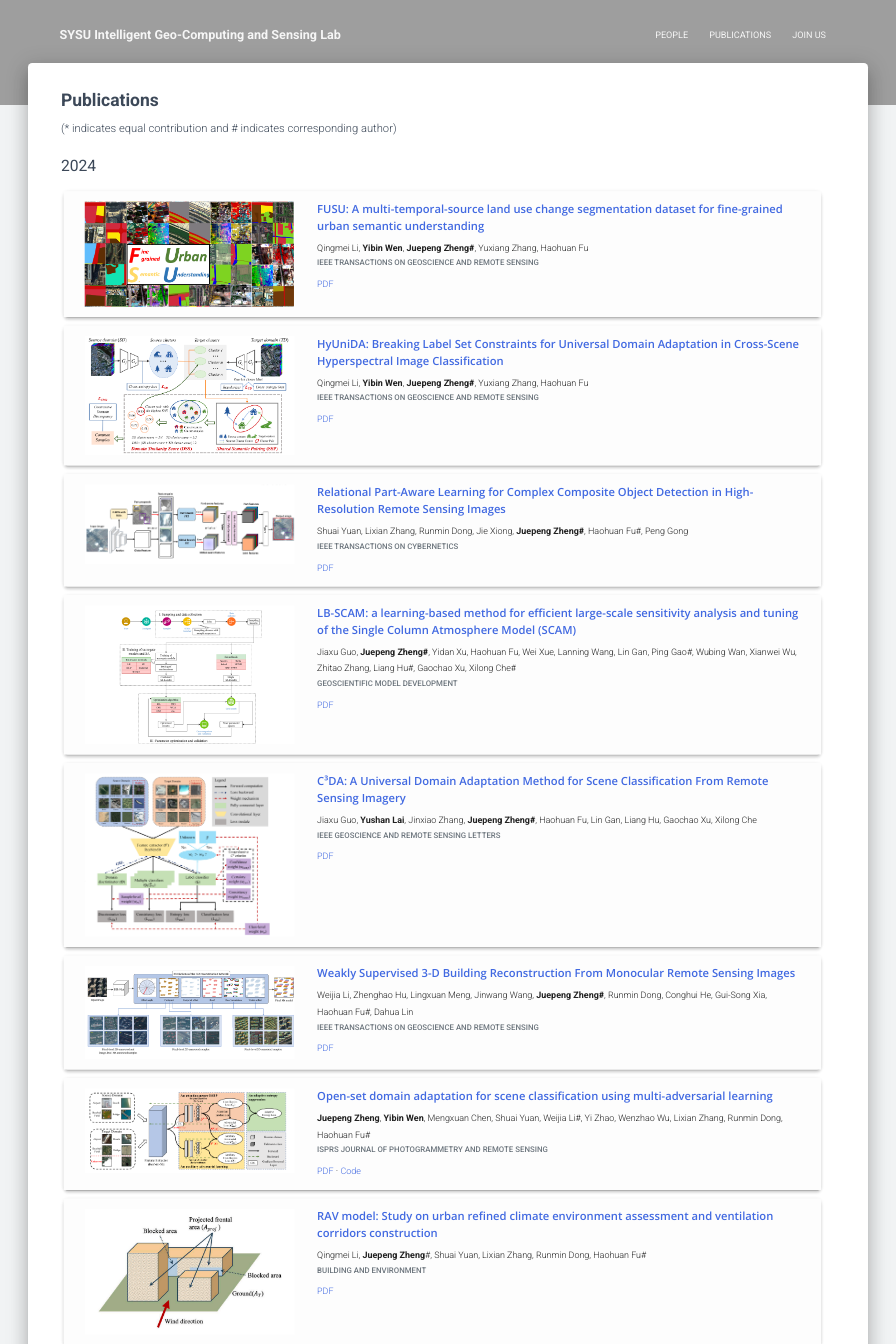
Repository: rssysu/rssysu.github.io
Page: pub.html
These files come from the project's save history. The page is drawn as it stood at one moment and after the next save; the edit follows.
The browser window is 1280 px wide. The pictures show the part of the page from y = 0 to 1920 px (the page is 3886 px tall before and 3890 px after), at 70% of full size.
Pictures or frames that could not be fetched are drawn as grey boxes. Some web libraries are served in a nearby version.

Above is the page before, as saved 2025-03-18 21:11:56.

### pub.html
<!DOCTYPE html>
<html lang="en">

<head>
    <meta charset="utf-8">
    <meta content="width=device-width, initial-scale=1.0, maximum-scale=1.0, user-scalable=0" name="viewport" />
    <meta http-equiv="X-UA-Compatible" content="IE=edge,chrome=1" />
    <!-- Favicons -->
    <!-- <link rel="apple-touch-icon" href="./assets/img/kit/free/apple-icon.png"> -->
    <link rel="icon" href="./assets/img/kit/free/sysu.ico">
    <title>
      SYSU IGCS Lab
    </title>
    <!--     Fonts and icons     -->
    <link rel="stylesheet" type="text/css" target="_blank" href="https://fonts.googleapis.com/css?family=Open+Sans:+400,500,600,700|Roboto:300,400,500,700|Roboto+Slab:400,700|Material+Icons" />
    <link rel="stylesheet" href="https://maxcdn.bootstrapcdn.com/font-awesome/latest/css/font-awesome.min.css" />
    <link rel="stylesheet" href="assets/css/material-kit.css?v=2.0.2">
    <!-- Documentation extras -->
    <!-- CSS Just for demo purpose, don't include it in your project -->
    <!-- <link href="./assets/assets-for-demo/demo.css" rel="stylesheet" /> -->
    <!-- iframe removal -->
</head>

<body class="index-page">
    <nav class="navbar navbar-color-on-scroll navbar-transparent navbar-light fixed-top navbar-expand-lg " color-on-scroll="0" id="sectionsNav">
        <div w3-include-html="header.html" class="container"></div>
    </nav>

    <div class="page-header2 header-filter clear-filter" data-parallax="true" style="background-image: url('assets/img/sysu1.jpg'); background-position-y: -170px; background-position: top;">
        <div class="container">
            <div class="row">
                <div class="col-md-8 ml-auto mr-auto">
                    <div class="brand">
                    </div>
                </div>
            </div>
        </div>
    </div>


    <div class="main main-raised">
        <div class="container">
            <div class="title" style="margin-bottom: -1em;">
                <h3><b>Publications</b></h3>
                <h4>(* indicates equal contribution and # indicates corresponding author)</h4>
            </div>

<!--
            <div class="year-pub">
              Preprints
            </div>
 -->

        <div class="year-pub">
          2024
        </div>

<!--         <div class="row-pub all">
          <div class="card" style="width: 97%;">
            <div class="card-body" style="background-color: hsl(0, 0%, 99%);">
              <img class="card-pic-left" src="assets/paper_img/iccv2023-capeam.jpg" width=300px>
              <h4 class="card-title" style="margin-top: -0.1em;">Context-Aware Planning and Environment-Aware Memory for Instruction Following Embodied Agents</h4>
              <p class="card-text">Byeonghwi Kim, Jinyeon Kim, Yuyeong Kim, Cheolhong Min, Jonghyun Choi</p>
              <h6 class="card-subtitle mb-2 text-muted">ICCV 2023<br>(CVPR 2023 Embodied AI Workshop - 1st Place Winner)</h6>

              <a href="https://openaccess.thecvf.com/content/ICCV2023/papers/Kim_Context-Aware_Planning_and_Environment-Aware_Memory_for_Instruction_Following_Embodied_Agents_ICCV_2023_paper.pdf" target="_blank">PDF </a> &middot;
              <a href="https://openaccess.thecvf.com/content/ICCV2023/supplemental/Kim_Context-Aware_Planning_and_ICCV_2023_supplemental.zip" target="_blank">Supp </a> &middot;
              <a href="https://bhkim94.github.io/projects/CAPEAM/" target="_new">Project Page </a> &middot;
              <a href="https://askforalfred.com/EAI23/" class="card-link" target="_new">CVPR 2023 Workshop Challenge Page </a>
            </div>
          </div>
        </div> -->

        <div class="row-pub all">
          <div class="card" style="width: 97%;">
            <div class="card-body" style="background-color: rgb(253, 253, 253);">
              <img class="card-pic-left" src="assets/paper/fusu.png" width=300px>
              <h4 class="card-title" style="margin-top: -0.1em;"><a href="https://ieeexplore.ieee.org/document/10530296">FUSU: A multi-temporal-source land use change segmentation dataset for fine-grained urban semantic understanding</a>  </h4>
              <p class="card-text">Qingmei Li, <b>Yibin Wen</b>, <b>Juepeng Zheng#</b>, Yuxiang Zhang, Haohuan Fu</p>
              <h6 class="card-subtitle mb-2 text-muted">IEEE Transactions on Geoscience and Remote Sensing</h6>

              <a href="assets/paper/fusu.pdf" target="_blank">PDF </a>
            </div>
          </div>
        </div>

        <div class="row-pub all">
          <div class="card" style="width: 97%;">
            <div class="card-body" style="background-color: rgb(253, 253, 253);">
              <img class="card-pic-left" src="assets/paper/hy.png" width=300px>
              <h4 class="card-title" style="margin-top: -0.1em;"><a href="https://ieeexplore.ieee.org/document/10530296">HyUniDA: Breaking Label Set Constraints for Universal Domain Adaptation in Cross-Scene Hyperspectral Image Classification</a>  </h4>
              <p class="card-text">Qingmei Li, <b>Yibin Wen</b>, <b>Juepeng Zheng#</b>, Yuxiang Zhang, Haohuan Fu</p>
              <h6 class="card-subtitle mb-2 text-muted">IEEE Transactions on Geoscience and Remote Sensing</h6>

              <a href="assets/paper/hy.pdf" target="_blank">PDF </a>
            </div>
          </div>
        </div>

        <div class="row-pub all">
          <div class="card" style="width: 97%;">
            <div class="card-body" style="background-color: rgb(253, 253, 253);">
              <img class="card-pic-left" src="assets/paper/rp.png" width=300px>
              <h4 class="card-title" style="margin-top: -0.1em;"><a href="https://ieeexplore.ieee.org/document/10534872"> Relational Part-Aware Learning for Complex Composite Object Detection in High-Resolution Remote Sensing Images </a>  </h4>
              <p class="card-text">Shuai Yuan, Lixian Zhang, Runmin Dong, Jie Xiong, <b>Juepeng Zheng#</b>, Haohuan Fu#, Peng Gong</p>
              <h6 class="card-subtitle mb-2 text-muted">IEEE Transactions on Cybernetics</h6>

              <a href="assets/paper/rp.pdf" target="_blank">PDF </a>
            </div>
          </div>
        </div>

        <div class="row-pub all">
          <div class="card" style="width: 97%;">
            <div class="card-body" style="background-color: rgb(253, 253, 253);">
              <img class="card-pic-left" src="assets/paper/lb.png" width=300px>
              <h4 class="card-title" style="margin-top: -0.1em;"><a href="https://gmd.copernicus.org/articles/17/3975/2024/"> LB-SCAM: a learning-based method for efficient large-scale sensitivity analysis and tuning of the Single Column Atmosphere Model (SCAM) </a>  </h4>
              <p class="card-text">Jiaxu Guo, <b>Juepeng Zheng#</b>, Yidan Xu, Haohuan Fu, Wei Xue, Lanning Wang, Lin Gan, Ping Gao#, Wubing Wan, Xianwei Wu, Zhitao Zhang, Liang Hu#, Gaochao Xu, Xilong Che#</p>
              <h6 class="card-subtitle mb-2 text-muted">Geoscientific Model Development</h6>

              <a href="assets/paper/lb.pdf" target="_blank">PDF </a>
            </div>
          </div>
        </div>

        <div class="row-pub all">
          <div class="card" style="width: 97%;">
            <div class="card-body" style="background-color: rgb(253, 253, 253);">
              <img class="card-pic-left" src="assets/paper/c3.png" width=300px>
              <h4 class="card-title" style="margin-top: -0.1em;"><a href="https://ieeexplore.ieee.org/abstract/document/10485440"> C³DA: A Universal Domain Adaptation Method for Scene Classification From Remote Sensing Imagery </a>  </h4>
              <p class="card-text">Jiaxu Guo, <b>Yushan Lai</b>, Jinxiao Zhang, <b>Juepeng Zheng#</b>, Haohuan Fu, Lin Gan, Liang Hu, Gaochao Xu, Xilong Che</p>
              <h6 class="card-subtitle mb-2 text-muted">IEEE Geoscience and Remote Sensing Letters</h6>

              <a href="assets/paper/c3.pdf" target="_blank">PDF </a>
            </div>
          </div>
        </div>

        <div class="row-pub all">
          <div class="card" style="width: 97%;">
            <div class="card-body" style="background-color: rgb(253, 253, 253);">
              <img class="card-pic-left" src="assets/paper/ws.png" width=300px>
              <h4 class="card-title" style="margin-top: -0.1em;"><a href="https://ieeexplore.ieee.org/document/10473130"> Weakly Supervised 3-D Building Reconstruction From Monocular Remote Sensing Images </a>  </h4>
              <p class="card-text">Weijia Li, Zhenghao Hu, Lingxuan Meng, Jinwang Wang, <b>Juepeng Zheng#</b>, Runmin Dong, Conghui He, Gui-Song Xia, Haohuan Fu#, Dahua Lin</p>
              <h6 class="card-subtitle mb-2 text-muted">IEEE Transactions on Geoscience and Remote Sensing</h6>

              <a href="assets/paper/ws.pdf" target="_blank">PDF </a>
            </div>
          </div>
        </div>

        <div class="row-pub all">
          <div class="card" style="width: 97%;">
            <div class="card-body" style="background-color: rgb(253, 253, 253);">
              <img class="card-pic-left" src="assets/paper/os.png" width=300px>
              <h4 class="card-title" style="margin-top: -0.1em;"><a href="https://www.sciencedirect.com/science/article/pii/S0924271624000248"> Open-set domain adaptation for scene classification using multi-adversarial learning </a>  </h4>
              <p class="card-text"><b>Juepeng Zheng</b>, <b>Yibin Wen</b>, Mengxuan Chen, Shuai Yuan, Weijia Li#, Yi Zhao, Wenzhao Wu, Lixian Zhang, Runmin Dong, Haohuan Fu#</p>
              <h6 class="card-subtitle mb-2 text-muted">ISPRS Journal of Photogrammetry and Remote Sensing</h6>

              <a href="assets/paper/os.pdf" target="_blank">PDF </a> &middot;
              <a href="https://github.com/rs-dl/MAOSDAN" target="_blank">Code </a>
            </div>
          </div>
        </div>

        <div class="row-pub all">
          <div class="card" style="width: 97%;">
            <div class="card-body" style="background-color: rgb(253, 253, 253);">
              <img class="card-pic-left" src="assets/paper/rav.png" width=300px>
              <h4 class="card-title" style="margin-top: -0.1em;"><a href="https://www.sciencedirect.com/science/article/pii/S0360132323011071">RAV model: Study on urban refined climate environment assessment and ventilation corridors construction </a>  </h4>
              <p class="card-text"> Qingmei Li, <b>Juepeng Zheng</b>#, Shuai Yuan, Lixian Zhang, Runmin Dong, Haohuan Fu#</p>
              <h6 class="card-subtitle mb-2 text-muted">Building and Environment</h6>

              <a href="assets/paper/rav.pdf" target="_blank">PDF </a>
            </div>
          </div>
        </div>


        <div class="year-pub">
          2023
        </div>



        <div class="row-pub all">
          <div class="card" style="width: 97%;">
            <div class="card-body" style="background-color: rgb(253, 253, 253);">
              <img class="card-pic-left" src="assets/paper/js.png" width=300px height=150px>
              <h4 class="card-title" style="margin-top: -0.1em;"><a href="https://www.sciencedirect.com/science/article/pii/S0924271623001272">Joint semantic-geometric learning for polygonal building segmentation from high-resolution remote sensing images</a></h4>
              <p class="card-text"> Weijia Li, Wenqian Zhao, Jinhua Yu, <b>Juepeng Zheng</b>#, Conghui He, Haohuan Fu#, Dahua Lin</p>
              <h6 class="card-subtitle mb-2 text-muted">ISPRS Journal of Photogrammetry and Remote Sensing</h6>

              <a href="assets/paper/js.pdf" target="_blank">PDF </a>

            </div>
          </div>
        </div>


        <div class="row-pub all">
          <div class="card" style="width: 97%;">
            <div class="card-body" style="background-color: rgb(253, 253, 253);">
              <img class="card-pic-left" src="assets/paper/sc.png" width=300px height=150px>
              <h4 class="card-title" style="margin-top: -0.1em;"><a href="https://www.sciencedirect.com/science/article/pii/S0034425723000366">Surveying coconut trees using high-resolution satellite imagery in remote atolls of the Pacific Ocean</a></h4>
              <p class="card-text"> <b>Juepeng Zheng</b>, Shuai Yuan, Wenzhao Wu, Weijia Li, Le Yu#, Haohuan Fu#, David Coomes</p>
              <h6 class="card-subtitle mb-2 text-muted">Remote Sensing of Environment</h6>

              <a href="assets/paper/sc.pdf" target="_blank">PDF </a> &middot;
              <a href="https://github.com/rs-dl/coconut_in_Acteon_Group" target="_blank">Code </a>
            </div>
          </div>
        </div>

        <div class="row-pub all">
          <div class="card" style="width: 97%;">
            <div class="card-body" style="background-color: rgb(253, 253, 253);">
              <img class="card-pic-left" src="assets/paper/pd.png" width=300px height=150px>
              <h4 class="card-title" style="margin-top: -0.1em;"><a href="https://ieeexplore.ieee.org/abstract/document/9984694/">Partial domain adaptation for scene classification from remote sensing imagery</a></h4>
              <p class="card-text"><b>Juepeng Zheng</b>, Yi Zhao, Wenzhao Wu, Mengxuan Chen, Weijia Li#, Haohuan Fu#</p>
              <h6 class="card-subtitle mb-2 text-muted">IEEE Transactions on Geoscience and Remote Sensing</h6>

              <a href="assets/paper/pd.pdf" target="_blank">PDF </a>

            </div>
          </div>
        </div>

        <div class="year-pub">
          2022
        </div>

        <div class="row-pub all">
          <div class="card" style="width: 97%;">
            <div class="card-body" style="background-color: rgb(253, 253, 253);">
              <img class="card-pic-left" src="assets/paper/md.png" width=300px>
              <h4 class="card-title" style="margin-top: -0.1em;"><a href="https://ieeexplore.ieee.org/abstract/document/9373992/">Multisource-domain generalization-based oil palm tree detection using very-high-resolution (vhr) satellite images</a></h4>
              <p class="card-text"><b>Juepeng Zheng*</b>, Wenzhao Wu*, Shuai Yuan, Haohuan Fu#, Weijia Li, Le Yu</p>
              <h6 class="card-subtitle mb-2 text-muted">IEEE Geoscience and Remote Sensing Letters</h6>

              <a href="assets/paper/md.pdf" target="_blank">PDF </a> &middot;
              <a href="https://github.com/rs-dl/MMD-DRCN" target="_blank">Code </a>
            </div>
          </div>
        </div>

        <div class="row-pub all">
          <div class="card" style="width: 97%;">
            <div class="card-body" style="background-color: rgb(253, 253, 253);">
              <img class="card-pic-left" src="assets/paper/at.png" width=300px>
              <h4 class="card-title" style="margin-top: -0.1em;"><a href="https://ieeexplore.ieee.org/abstract/document/9521685/">A Two-Stage Adaptation Network (TSAN) for Remote Sensing Scene Classification in Single-Source-Mixed-Multiple-Target Domain Adaptation (S²M²T DA) Scenarios</a></h4>
              <p class="card-text"><b>Juepeng Zheng</b>, Wenzhao Wu, Shuai Yuan, Yi Zhao, Weijia Li, Lixian Zhang, Runmin Dong, Haohuan Fu#</p>
              <h6 class="card-subtitle mb-2 text-muted">IEEE Transactions on Geoscience and Remote Sensing</h6>

              <a href="assets/paper/at.pdf" target="_blank">PDF </a> &middot;
              <a href="https://github.com/rs-dl/TSAN" target="_blank">Code </a>
            </div>
          </div>
        </div>


        <div class="year-pub">
          2021
        </div>

        <div class="row-pub all">
          <div class="card" style="width: 97%;">
            <div class="card-body" style="background-color: rgb(253, 253, 253);">
              <img class="card-pic-left" src="assets/paper/gs.png" width=300px>
              <h4 class="card-title" style="margin-top: -0.1em;"><a href="https://www.sciencedirect.com/science/article/pii/S0924271621000083">Growing status observation for oil palm trees using Unmanned Aerial Vehicle (UAV) images</a></h4>
              <p class="card-text"><b>Juepeng Zheng</b>, Haohuan Fu, Weijia Li#, Wenzhao Wu, Le Yu, Shuai Yuan, Wai Yuk William Tao, Tan Kian Pang, Kasturi Devi Kanniah</p>
              <h6 class="card-subtitle mb-2 text-muted">ISPRS Journal of Photogrammetry and Remote Sensing <b>(ESI Highly Cited Paper)</b> </h6>

              <a href="assets/paper/gs.pdf" target="_blank">PDF </a> &middot;
              <a href="https://github.com/rs-dl/MOPAD" target="_blank">Code </a>
            </div>
          </div>
        </div>



        <div class="year-pub">
          2020
        </div>

        <div class="row-pub all">
          <div class="card" style="width: 97%;">
            <div class="card-body" style="background-color: rgb(253, 253, 253);">
              <img class="card-pic-left" src="assets/paper/cr.png" width=300px>
              <h4 class="card-title" style="margin-top: -0.1em;"><a href="https://www.sciencedirect.com/science/article/pii/S0924271620301830">Cross-regional oil palm tree counting and detection via a multi-level attention domain adaptation network</a></h4>
              <p class="card-text"><b>Juepeng Zheng</b>, Haohuan Fu, Weijia Li#, Wenzhao Wu, Yi Zhao, Runmin Dong, Le Yu</p>
              <h6 class="card-subtitle mb-2 text-muted">ISPRS Journal of Photogrammetry and Remote Sensing</h6>

              <a href="assets/paper/cr.pdf" target="_blank">PDF </a> &middot;
              <a href="https://github.com/rs-dl/MADAN" target="_blank">Code </a>
            </div>
          </div>
        </div>


        </div>
    </div>
    <!--  End Modal -->
    <div w3-include-html="footer.html"></div>

    <!--   Core JS Files   -->
    <script src="./assets/js/core/jquery.min.js"></script>
    <script src="./assets/js/core/popper.min.js"></script>
    <script src="./assets/js/bootstrap-material-design.js"></script>
    <!--  Plugin for Date Time Picker and Full Calendar Plugin  -->
    <script src="./assets/js/plugins/moment.min.js"></script>
    <!--	Plugin for the Datepicker, full documentation here: https://github.com/Eonasdan/bootstrap-datetimepicker -->
    <script src="./assets/js/plugins/bootstrap-datetimepicker.min.js"></script>
    <!--	Plugin for the Sliders, full documentation here: http://refreshless.com/nouislider/ -->
    <script src="./assets/js/plugins/nouislider.min.js"></script>
    <!-- Material Kit Core initialisations of plugins and Bootstrap Material Design Library -->
    <script src="./assets/js/material-kit.js?v=2.0.2"></script>
    <!-- Fixed Sidebar Nav - js With initialisations For Demo Purpose, Don't Include it in your project -->
    <script src="./assets/assets-for-demo/js/material-kit-demo.js"></script>
    <!-- including html -->
    <script src="./assets/js/include-html.js"></script>
    <script>
      $(document).ready(function() {

          //init DateTimePickers
          materialKit.initFormExtendedDatetimepickers();

          // // Sliders Init
          // materialKit.initSliders();

          includeHTML();
      });
  </script>
</body>

</html>

### footer.html
    <script src="./assets/js/core/jquery.min.js"></script>

    <footer class="footer ">
        <div class="container">
            <nav class="pull-left">
                <ul>
                    <li class="text-left">
                        <div class="special" style="font-size: 11pt; color: #444444; margin-top: 0em;">
                            <b>SYSU Intelligent Geo-Computing and Sensing Lab</b>
                        </div>
                        <div class="special-light" style="font-size: 11pt; color: #444444;">
                           4th Floor, Artificial Intelligence Research Institute Building, Sun Yat-sen University (Zhuhai Campus),<br/>
                        </div>
                        <div class="special-light" style="font-size: 11pt; color: #444444; margin-top: -0.2em;">
                            Zhuhai City, Guangdong Province, China
                        </div>
                    </li>
                </ul>
            </nav>
<!--             <div class="copyright pull-right special" style="margin-top: -3em;">
                Original Template from &copy;
                <script>
                    document.write(new Date().getFullYear())
                </script>
            </div>
 -->
<!--                 <div class="copyright pull-right special" style="margin-top: -2em;">
                    <img src="../../assets/img/kit/gist.png">
                </div> -->
                <div class="copyright pull-right special" style="margin-top: 0em;">
                <!-- <img src="./assets/img/kit/gist_logo.jpg"><br/> -->
                Original Template Made <!-- with <i class="material-icons">favorite</i> --> by
                <a href="https://www.creative-tim.com" target="_blank">Creative Tim</a>. <!-- for a better web. --> Modified by Shilei Cao
            </div>
        </div>
    </footer>

Loaded but not shown: assets/css/material-kit.css (library); assets/js/core/jquery.min.js (library); assets/js/core/popper.min.js (library); assets/js/bootstrap-material-design.js (library); assets/js/plugins/moment.min.js (library); assets/js/plugins/bootstrap-datetimepicker.min.js (library); assets/js/plugins/nouislider.min.js (library); assets/js/material-kit.js (446 lines, source omitted); assets/assets-for-demo/js/material-kit-demo.js (98 lines, source omitted); assets/js/include-html.js (27 lines, source omitted); header.html (59 lines, source omitted)

After the next save:
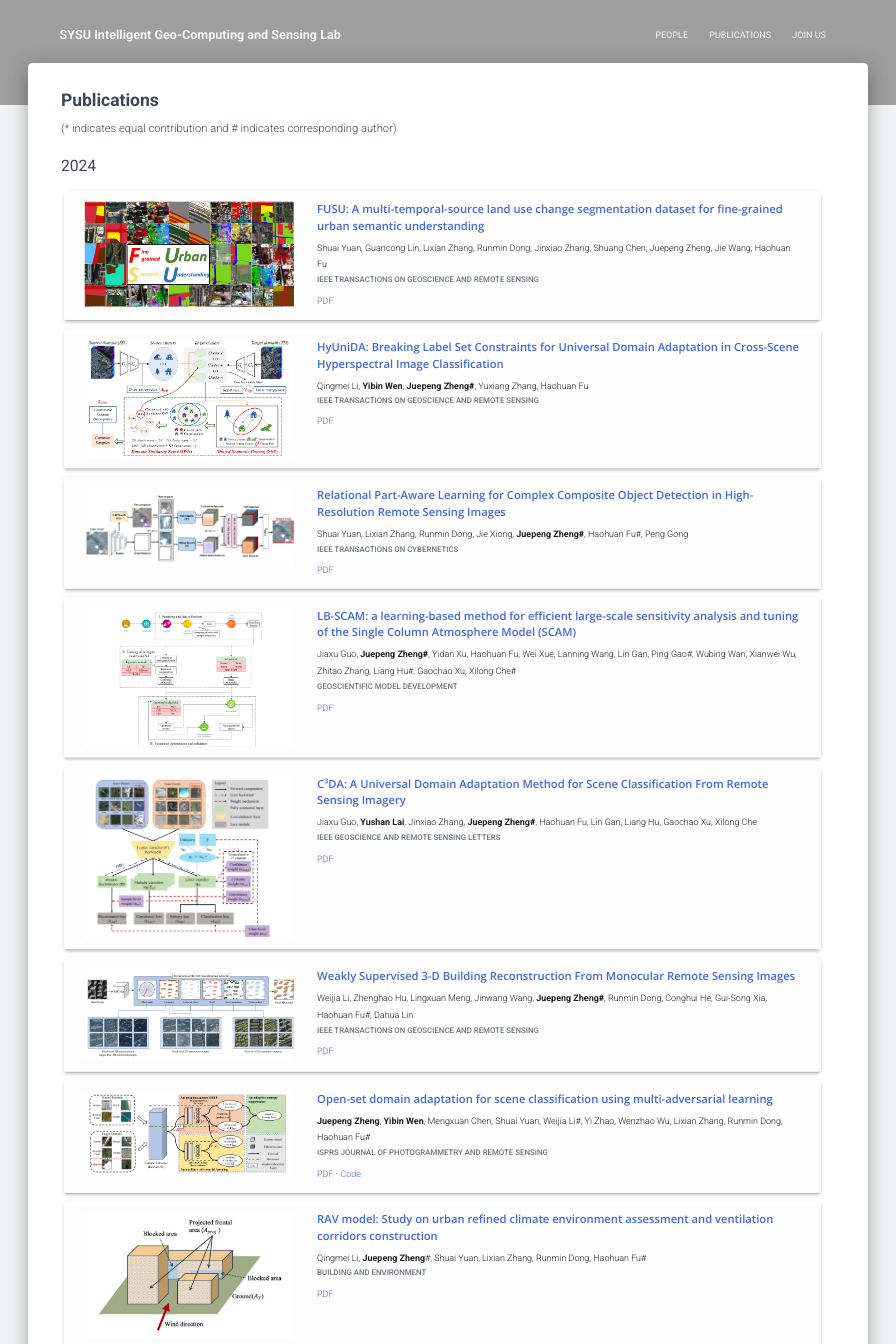
Saved 17 s later.
--- a/pub.html
+++ b/pub.html
@@ -76,7 +76,7 @@
             <div class="card-body" style="background-color: rgb(253, 253, 253);">
               <img class="card-pic-left" src="assets/paper/fusu.png" width=300px>
               <h4 class="card-title" style="margin-top: -0.1em;"><a href="https://ieeexplore.ieee.org/document/10530296">FUSU: A multi-temporal-source land use change segmentation dataset for fine-grained urban semantic understanding</a>  </h4>
-              <p class="card-text">Qingmei Li, <b>Yibin Wen</b>, <b>Juepeng Zheng#</b>, Yuxiang Zhang, Haohuan Fu</p>
+              <p class="card-text">Shuai Yuan, Guancong Lin, Lixian Zhang, Runmin Dong, Jinxiao Zhang, Shuang Chen, Juepeng Zheng, Jie Wang, Haohuan Fu</p>
               <h6 class="card-subtitle mb-2 text-muted">IEEE Transactions on Geoscience and Remote Sensing</h6>
 
               <a href="assets/paper/fusu.pdf" target="_blank">PDF </a>
